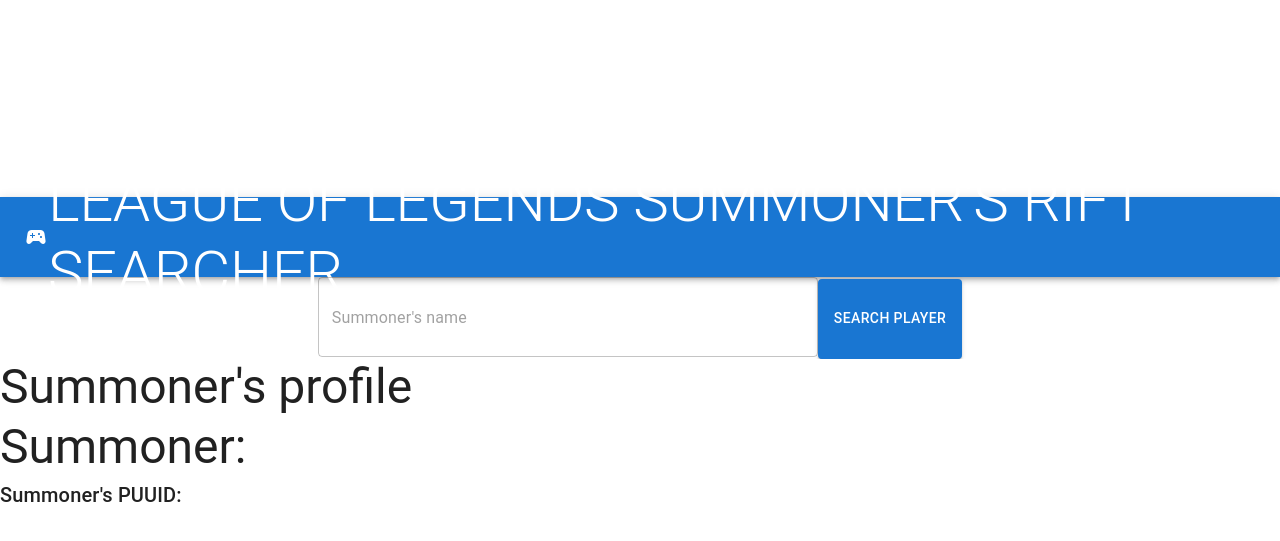
Repository: Mikerr21/League-Of-Legends-API
Page: /
The author's editor kept a copy of each file at every save. The page is drawn from the files as they stood at one save, then again after a run of saves.
The browser window is 1280 px wide. The pictures show the whole page.
The page's requests for data from a server got no answer. The project was rebuilt for these pictures with package versions that can differ from the ones it lists, and the page was loaded fresh each time. No one was signed in, and anything a server would have sent is missing.

Above is the page before, as saved 2022-09-24 22:33:31.

### public/index.html
<!DOCTYPE html>
<html lang="en">
  <head>
    <meta charset="utf-8" />
    <link rel="icon" href="%PUBLIC_URL%/favicon.ico" />
    <meta name="viewport" content="width=device-width, initial-scale=1" />
    <meta name="theme-color" content="#000000" />
    <meta
      name="description"
      content="Web site created using create-react-app"
    />
    <link rel="apple-touch-icon" href="%PUBLIC_URL%/logo192.png" />

    <title>React App</title>
  </head>
  <body>
    <noscript>You need to enable JavaScript to run this app.</noscript>
    <div id="root"></div>

  </body>
</html>

### src/App.js
import React from "react";
import axios from "axios";
import { useState } from "react";
import { AppBar } from "@mui/material";
import { Toolbar } from "@mui/material";
import { CssBaseline } from "@mui/material";
import SportsEsportsIcon from "@mui/icons-material/SportsEsports";
import OutlinedInput from "@mui/material/OutlinedInput";

import { Typography } from "@mui/material";
import { Button } from "@mui/material";
import { Box } from "@mui/material";

import ListSubheader from "@mui/material/ListSubheader";
import List from "@mui/material/List";
import ListItemButton from "@mui/material/ListItemButton";
import ListItemIcon from "@mui/material/ListItemIcon";
import ListItemText from "@mui/material/ListItemText";
import Collapse from "@mui/material/Collapse";
import InboxIcon from "@mui/icons-material/MoveToInbox";
import DraftsIcon from "@mui/icons-material/Drafts";
import SendIcon from "@mui/icons-material/Send";
import ExpandLess from "@mui/icons-material/ExpandLess";
import ExpandMore from "@mui/icons-material/ExpandMore";
import StarBorder from "@mui/icons-material/StarBorder";
import Grid from "@mui/material/Grid";

function App() {
  const [searchPlayer, setSearchPlayer] = useState("");
  const [playerData, setPlayerData] = useState({});
  const API_KEY = "c4eb3244-2494-4789-a6a3-47b4f6d5b70a";

  function fetchPlayerData(event) {
    var API_KEY = "RGAPI-e5d7e95c-8a4e-4469-bf42-53bc6d1175b3";
    var API_CALL_STRING =
      "https://euw1.api.riotgames.com/lol/summoner/v4/summoners/by-name/" +
      searchPlayer +
      "?api_key=" +
      API_KEY;
    axios
      .get(API_CALL_STRING)
      .then(function (response) {
        //Success

        setPlayerData(response.data);
      })
      .catch(function (error) {
        //Error
        console.log(error);
      });
  }

  return (
    <div className="App">
      <CssBaseline />

      <Grid
        container
        spacing={0}
        direction="column"
        alignItems="center"
        justifyContent="center"
        style={{ minHeight: "100vh" }}
      >
        <CssBaseline />
        <AppBar position="static">
          <Toolbar variant="dense" style={{ height: "80px" }}>
            <SportsEsportsIcon></SportsEsportsIcon>
            <Typography variant="h2" component="h2">
              LEAGUE OF LEGENDS SUMMONER'S RIFT SEARCHER
            </Typography>
          </Toolbar>
        </AppBar>
        <Box>
          <OutlinedInput
            onChange={(e) => setSearchPlayer(e.target.value)}
            type="text"
            placeholder="Summoner's name"
            style={{ height: "80px", width: "500px" }}
          ></OutlinedInput>
          <Button
            onClick={fetchPlayerData()}
            variant="contained"
            style={{ height: "80px" }}
          >
            Search player
          </Button>
        </Box>
        {JSON.stringify(playerData.data)}

        <List
          sx={{ width: "100%", maxWidth: 1300, bgcolor: "background.paper" }}
          component="nav"
          aria-labelledby="nested-list-subheader"
          subheader={<Typography variant="h3">Summoner's profile</Typography>}
        >
          {/* <ListItemButton>
        <ListItemIcon>
          <SendIcon />
        </ListItemIcon>
        <ListItemText primary="Sent mail" />
      </ListItemButton>
      <ListItemButton>
        <ListItemIcon>
          <DraftsIcon />
        </ListItemIcon>
        <ListItemText primary="Drafts" />
      </ListItemButton>
        <List component="div" disablePadding>
          <ListItemButton sx={{ pl: 4 }}>
            <ListItemIcon>
              <StarBorder />
            </ListItemIcon>
            <ListItemText primary="Starred" />
          </ListItemButton>
        </List>
     */}
          <ListItemText>
            <Typography variant="h3">Summoner:</Typography>
          </ListItemText>
          <ListItemText>
            <Typography variant="h6">{searchPlayer}</Typography>
          </ListItemText>
          <ListItemText>
            <Typography variant="h6">
              Summoner's PUUID:{playerData.puuid}
            </Typography>
          </ListItemText>
        </List>
      </Grid>
    </div>
  );
}

export default App;

Loaded but not shown: src/index.js (common file)

After the next 2 saves:
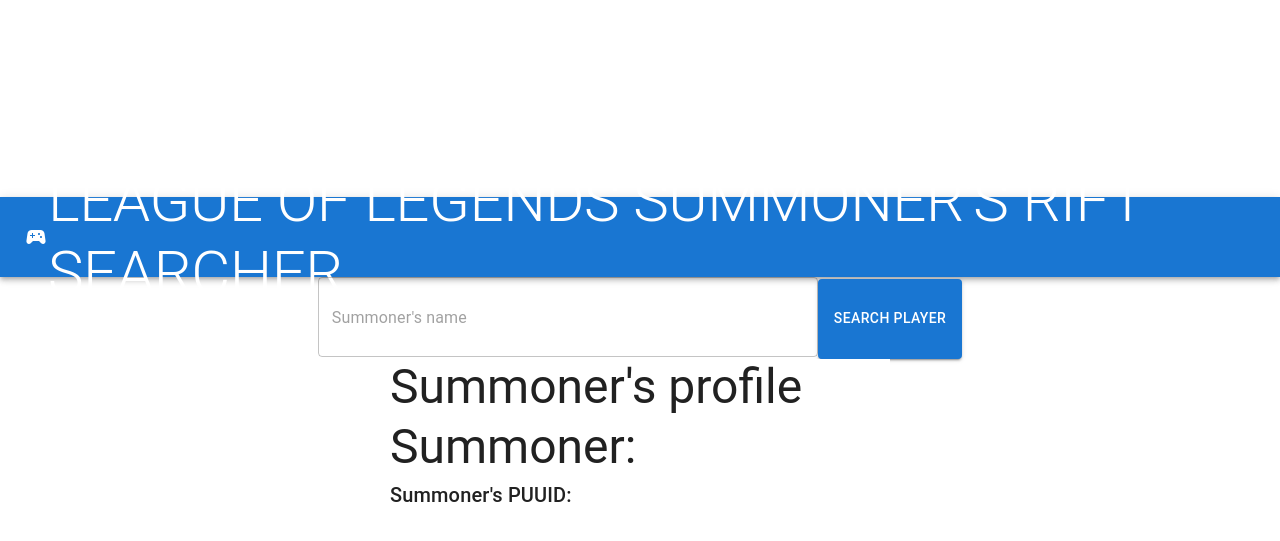
The 2 saves are shown as one change because they came seconds apart.
The last was saved 13 s later.
--- a/src/App.js
+++ b/src/App.js
@@ -89,7 +89,7 @@
         {JSON.stringify(playerData.data)}
 
         <List
-          sx={{ width: "100%", maxWidth: 1300, bgcolor: "background.paper" }}
+          sx={{ width: "100%", maxWidth: 500, bgcolor: "background.paper" }}
           component="nav"
           aria-labelledby="nested-list-subheader"
           subheader={<Typography variant="h3">Summoner's profile</Typography>}
